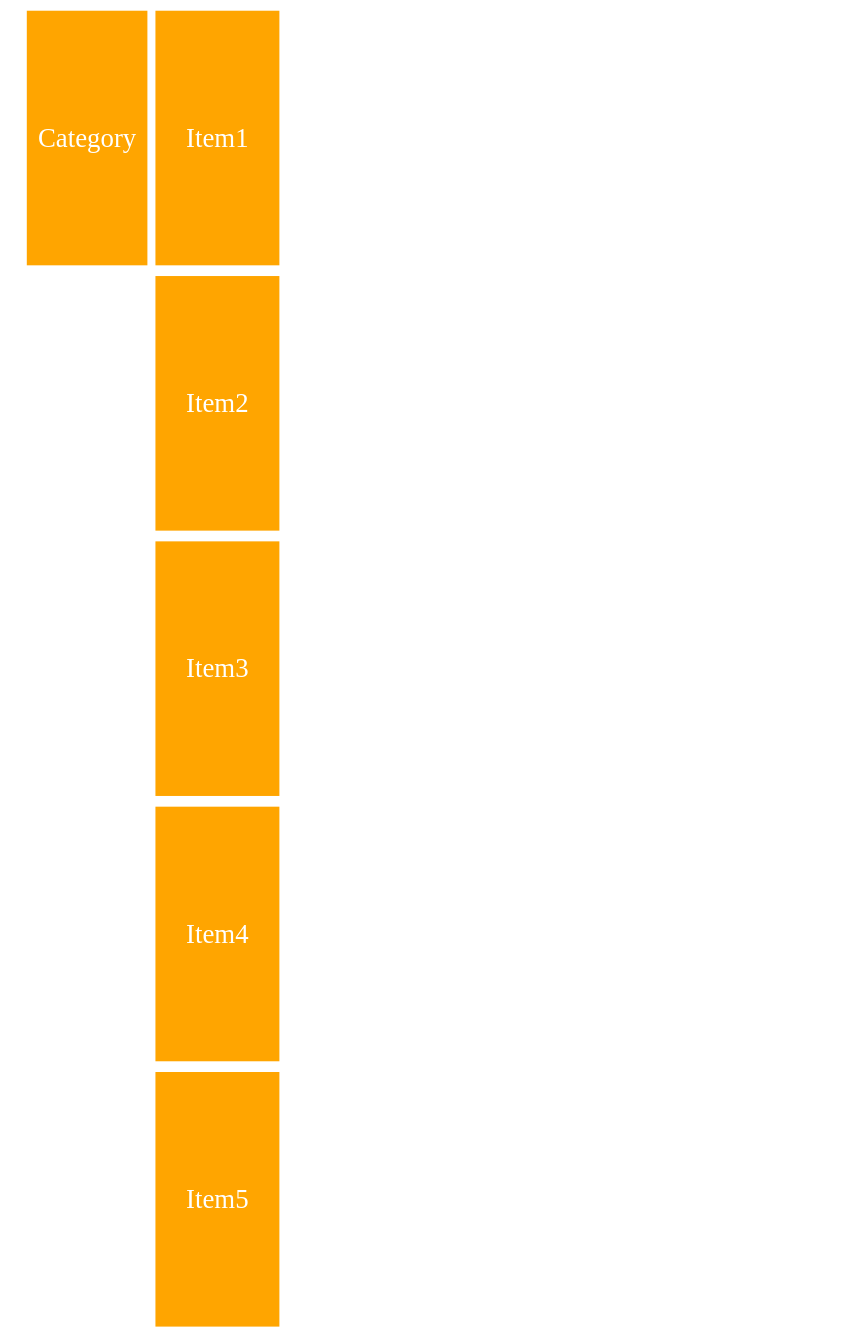
Repository: Huy48552/Grid-base
Page: layout2.html
These files come from the project's save history. The page is drawn as it stood at one moment and after the next save; the edit follows.
The browser window is 1280 px wide. The pictures show the whole page, at 67% of full size.

Above is the page before, as saved 2021-08-23 15:10:10.

### layout2.html
<!DOCTYPE html>
<html lang="en">
<head>
    <meta charset="UTF-8">
    <meta http-equiv="X-UA-Compatible" content="IE=edge">
    <meta name="viewport" content="width=device-width, initial-scale=1.0">
    <link rel="stylesheet" href="./base.css">
    <link rel="stylesheet" href="style.css">
    <title>Document</title>
</head>
<body>
    <div class="grid wide">
        <div class="row">
            <div class="col l-2">
                <div class="item">Category</div>
            </div>

            <div class="icol l-10">
                <div class="row">
                    <div class="col l-2-4">
                        <div class="item">Item1</div>
                        <div class="item">Item2</div>
                        <div class="item">Item3</div>
                        <div class="item">Item4</div>
                        <div class="item">Item5</div>
                    </div>
                </div>
            </div>
        </div>
    </div>
</body>
</html>

### base.css
.grid {
    width: 100%;
    display: block;
    padding: 0;
}

.grid.wide {
    max-width: 1200px;
    margin: 0 auto;
}

.row {
    display: flex;
    flex-wrap: wrap;
    margin-left: -4px;
    margin-right: -4px;
}

.row.no-gutters {
    margin-left: 0;
    margin-right: 0;
}

.col {
    padding-left: 4px;
    padding-right: 4px;
}

.row.no-gutters .col {
    padding-left: 0;
    padding-right: 0;
}

.c-0 {
    display: none;
}

.c-1 {
    flex: 0 0 8.33333%;
    max-width: 8.33333%;
}

.c-2 {
    flex: 0 0 16.66667%;
    max-width: 16.66667%;
}

.c-3 {
    flex: 0 0 25%;
    max-width: 25%;
}

.c-4 {
    flex: 0 0 33.33333%;
    max-width: 33.33333%;
}

.c-5 {
    flex: 0 0 41.66667%;
    max-width: 41.66667%;
}

.c-6 {
    flex: 0 0 50%;
    max-width: 50%;
}

.c-7 {
    flex: 0 0 58.33333%;
    max-width: 58.33333%;
}

.c-8 {
    flex: 0 0 66.66667%;
    max-width: 66.66667%;
}

.c-9 {
    flex: 0 0 75%;
    max-width: 75%;
}

.c-10 {
    flex: 0 0 83.33333%;
    max-width: 83.33333%;
}

.c-11 {
    flex: 0 0 91.66667%;
    max-width: 91.66667%;
}

.c-12 {
    flex: 0 0 100%;
    max-width: 100%;
}

.c-o-1 {
    margin-left: 8.33333%;
}

.c-o-2 {
    margin-left: 16.66667%;
}

.c-o-3 {
    margin-left: 25%;
}

.c-o-4 {
    margin-left: 33.33333%;
}

.c-o-5 {
    margin-left: 41.66667%;
}

.c-o-6 {
    margin-left: 50%;
}

.c-o-7 {
    margin-left: 58.33333%;
}

.c-o-8 {
    margin-left: 66.66667%;
}

.c-o-9 {
    margin-left: 75%;
}

.c-o-10 {
    margin-left: 83.33333%;
}

.c-o-11 {
    margin-left: 91.66667%;
}

/* >= Tablet */
@media (min-width: 740px) {
    .row {
        margin-left: -8px;
        margin-right: -8px;
    }

    .col {
        padding-left: 8px;
        padding-right: 8px;
    }

    .m-0 {
        display: none;
    }

    .m-1,
    .m-2,
    .m-3,
    .m-4,
    .m-5,
    .m-6,
    .m-7,
    .m-8,
    .m-9,
    .m-10,
    .m-11,
    .m-12 {
        display: block;
    }

    .m-1 {
        flex: 0 0 8.33333%;
        max-width: 8.33333%;
    }

    .m-2 {
        flex: 0 0 16.66667%;
        max-width: 16.66667%;
    }

    .m-3 {
        flex: 0 0 25%;
        max-width: 25%;
    }

    .m-4 {
        flex: 0 0 33.33333%;
        max-width: 33.33333%;
    }

    .m-5 {
        flex: 0 0 41.66667%;
        max-width: 41.66667%;
    }

    .m-6 {
        flex: 0 0 50%;
        max-width: 50%;
    }

    .m-7 {
        flex: 0 0 58.33333%;
        max-width: 58.33333%;
    }

    .m-8 {
        flex: 0 0 66.66667%;
        max-width: 66.66667%;
    }

    .m-9 {
        flex: 0 0 75%;
        max-width: 75%;
    }

    .m-10 {
        flex: 0 0 83.33333%;
        max-width: 83.33333%;
    }

    .m-11 {
        flex: 0 0 91.66667%;
        max-width: 91.66667%;
    }

    .m-12 {
        flex: 0 0 100%;
        max-width: 100%;
    }

    .m-o-1 {
        margin-left: 8.33333%;
    }

    .m-o-2 {
        margin-left: 16.66667%;
    }

    .m-o-3 {
        margin-left: 25%;
    }

    .m-o-4 {
        margin-left: 33.33333%;
    }

    .m-o-5 {
        margin-left: 41.66667%;
    }

    .m-o-6 {
        margin-left: 50%;
    }

    .m-o-7 {
        margin-left: 58.33333%;
    }

    .m-o-8 {
        margin-left: 66.66667%;
    }

    .m-o-9 {
        margin-left: 75%;
    }

    .m-o-10 {
        margin-left: 83.33333%;
    }

    .m-o-11 {
        margin-left: 91.66667%;
    }
}

/* PC medium resolution > */
@media (min-width: 1113px) {
    .row {
        margin-left: -12px;
        margin-right: -12px;
    }

    .row.sm-gutter {
        margin-left: -5px;
        margin-right: -5px;
    }

    .col {
        padding-left: 12px;
        padding-right: 12px;
    }

    .row.sm-gutter .col {
        padding-left: 5px;
        padding-right: 5px;
    }

    .l-0 {
        display: none;
    }

    .l-1,
    .l-2,
    .l-2-4,
    .l-3,
    .l-4,
    .l-5,
    .l-6,
    .l-7,
    .l-8,
    .l-9,
    .l-10,
    .l-11,
    .l-12 {
        display: block;
    }

    .l-1 {
        flex: 0 0 8.33333%;
        max-width: 8.33333%;
    }

    .l-2 {
        flex: 0 0 16.66667%;
        max-width: 16.66667%;
    }

    .l-2-4 {
        flex: 0 0 20%;
        max-width: 20%;
    }

    .l-3 {
        flex: 0 0 25%;
        max-width: 25%;
    }

    .l-4 {
        flex: 0 0 33.33333%;
        max-width: 33.33333%;
    }

    .l-5 {
        flex: 0 0 41.66667%;
        max-width: 41.66667%;
    }

    .l-6 {
        flex: 0 0 50%;
        max-width: 50%;
    }

    .l-7 {
        flex: 0 0 58.33333%;
        max-width: 58.33333%;
    }

    .l-8 {
        flex: 0 0 66.66667%;
        max-width: 66.66667%;
    }

    .l-9 {
        flex: 0 0 75%;
        max-width: 75%;
    }

    .l-10 {
        flex: 0 0 83.33333%;
        max-width: 83.33333%;
    }

    .l-11 {
        flex: 0 0 91.66667%;
        max-width: 91.66667%;
    }

    .l-12 {
        flex: 0 0 100%;
        max-width: 100%;
    }

    .l-o-1 {
        margin-left: 8.33333%;
    }

    .l-o-2 {
        margin-left: 16.66667%;
    }

    .l-o-3 {
        margin-left: 25%;
    }

    .l-o-4 {
        margin-left: 33.33333%;
    }

    .l-o-5 {
        margin-left: 41.66667%;
    }

    .l-o-6 {
        margin-left: 50%;
    }

    .l-o-7 {
        margin-left: 58.33333%;
    }

    .l-o-8 {
        margin-left: 66.66667%;
    }

    .l-o-9 {
        margin-left: 75%;
    }

    .l-o-10 {
        margin-left: 83.33333%;
    }

    .l-o-11 {
        margin-left: 91.66667%;
    }
}

/* Tablet - PC low resolution */
@media (min-width: 740px) and (max-width: 1023px) {
    .wide {
        width: 644px;
    }
}

/* > PC low resolution */
@media (min-width: 1024px) and (max-width: 1239px) {
    .wide {
        width: 984px;
    }

    .wide .row {
        margin-left: -12px;
        margin-right: -12px;
    }

    .wide .row.sm-gutter {
        margin-left: -5px;
        margin-right: -5px;
    }

    .wide .col {
        padding-left: 12px;
        padding-right: 12px;
    }

    .wide .row.sm-gutter .col {
        padding-left: 5px;
        padding-right: 5px;
    }

    .wide .l-0 {
        display: none;
    }

    .wide .l-1,
    .wide .l-2,
    .wide .l-2-4,
    .wide .l-3,
    .wide .l-4,
    .wide .l-5,
    .wide .l-6,
    .wide .l-7,
    .wide .l-8,
    .wide .l-9,
    .wide .l-10,
    .wide .l-11,
    .wide .l-12 {
        display: block;
    }

    .wide .l-1 {
        flex: 0 0 8.33333%;
        max-width: 8.33333%;
    }

    .wide .l-2 {
        flex: 0 0 16.66667%;
        max-width: 16.66667%;
    }

    .wide .l-2-4 {
        flex: 0 0 20%;
        max-width: 20%;
    }

    .wide .l-3 {
        flex: 0 0 25%;
        max-width: 25%;
    }

    .wide .l-4 {
        flex: 0 0 33.33333%;
        max-width: 33.33333%;
    }

    .wide .l-5 {
        flex: 0 0 41.66667%;
        max-width: 41.66667%;
    }

    .wide .l-6 {
        flex: 0 0 50%;
        max-width: 50%;
    }

    .wide .l-7 {
        flex: 0 0 58.33333%;
        max-width: 58.33333%;
    }

    .wide .l-8 {
        flex: 0 0 66.66667%;
        max-width: 66.66667%;
    }

    .wide .l-9 {
        flex: 0 0 75%;
        max-width: 75%;
    }

    .wide .l-10 {
        flex: 0 0 83.33333%;
        max-width: 83.33333%;
    }

    .wide .l-11 {
        flex: 0 0 91.66667%;
        max-width: 91.66667%;
    }

    .wide .l-12 {
        flex: 0 0 100%;
        max-width: 100%;
    }

    .wide .l-o-1 {
        margin-left: 8.33333%;
    }

    .wide .l-o-2 {
        margin-left: 16.66667%;
    }

    .wide .l-o-3 {
        margin-left: 25%;
    }

    .wide .l-o-4 {
        margin-left: 33.33333%;
    }

    .wide .l-o-5 {
        margin-left: 41.66667%;
    }

    .wide .l-o-6 {
        margin-left: 50%;
    }

    .wide .l-o-7 {
        margin-left: 58.33333%;
    }

    .wide .l-o-8 {
        margin-left: 66.66667%;
    }

    .wide .l-o-9 {
        margin-left: 75%;
    }

    .wide .l-o-10 {
        margin-left: 83.33333%;
    }

    .wide .l-o-11 {
        margin-left: 91.66667%;
    }
}

### style.css
* {
    padding: 0;
    margin: 0;
    box-sizing: border-box;
}

.item {
    margin-top: 16px;
    font-size: 40px;
    color: #fff;
    text-align: center;
    min-height: 380px;
    line-height: 380px;
    background-color: orange;
}

After the next save:
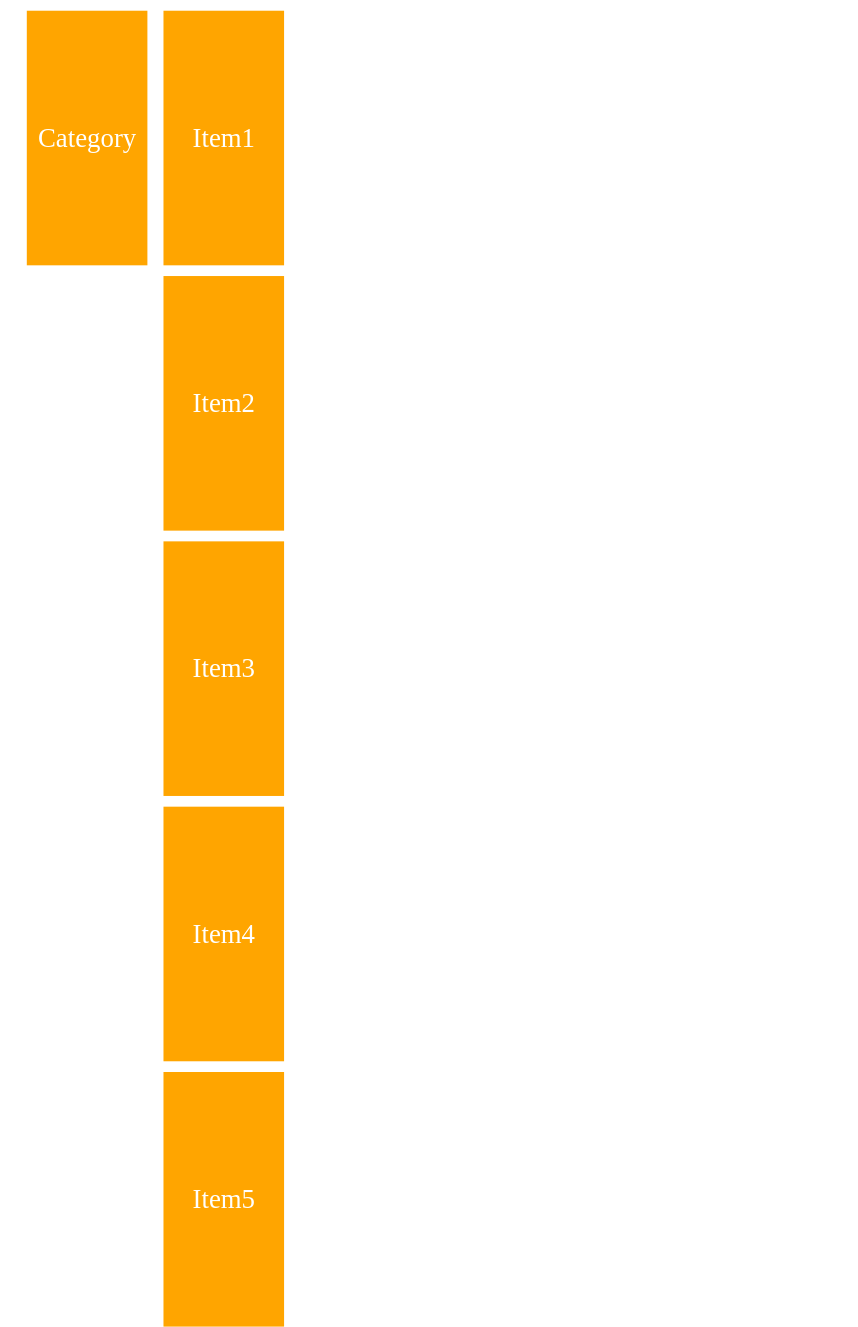
Saved 39 s later.
--- a/layout2.html
+++ b/layout2.html
@@ -15,7 +15,7 @@
                 <div class="item">Category</div>
             </div>
 
-            <div class="icol l-10">
+            <div class="col l-10">
                 <div class="row">
                     <div class="col l-2-4">
                         <div class="item">Item1</div>
